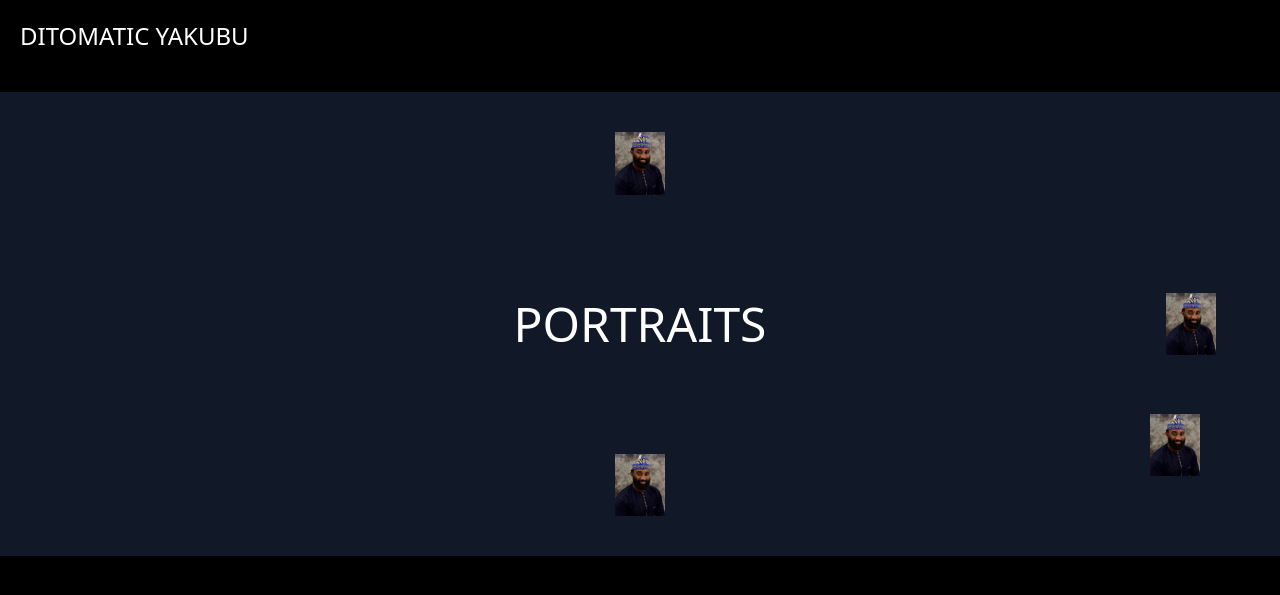
Repository: latenightsnacc/Ditomatic-Demo
Page: home.html
These files come from the project's save history. The page is drawn as it stood at one moment and after the next save; the edit follows.
The browser window is 1280 px wide. The pictures show the whole page.
Some web libraries are served in a nearby version.

Above is the page before, as saved 2021-02-24 11:29:51.

### home.html
<!DOCTYPE html>
<html lang="en" class="bg-black">
<head>
    <meta charset="UTF-8">
    <meta name="viewport" content="width=device-width, initial-scale=1.0">
    <!--Tailwind 2.0.2-->
    <link href="https://cdnjs.cloudflare.com/ajax/libs/tailwindcss/2.0.2/tailwind.min.css" rel="stylesheet">
    <!--Font Awesome 5.15.1-->
    <link rel="stylesheet" href="https://cdnjs.cloudflare.com/ajax/libs/font-awesome/5.15.1/css/all.min.css" integrity="sha512-+4zCK9k+qNFUR5X+cKL9EIR+ZOhtIloNl9GIKS57V1MyNsYpYcUrUeQc9vNfzsWfV28IaLL3i96P9sdNyeRssA==" crossorigin="anonymous" />
    <!-- Bootstrap 5.0.0 Beta-->
    <!-- <link href="https://cdn.jsdelivr.net/npm/bootstrap@5.0.0-beta1/dist/css/bootstrap.min.css" rel="stylesheet" integrity="sha384-giJF6kkoqNQ00vy+HMDP7azOuL0xtbfIcaT9wjKHr8RbDVddVHyTfAAsrekwKmP1" crossorigin="anonymous" /> -->
    <!--Page Title-->
    <title>Ditomatic Fotografy</title>
</head>
<body>
    <!--Header-->
    <header>
        <nav class="container-sm p-5 shadow-2xl flex flex-row justify-between">
            <a href="home.html" class="text-white uppercase text-2xl">Ditomatic Yakubu</a>
            <ul></ul>
        </nav>
    </header>
    <!--End of Header-->
    <div class="my-5"></div>
    <section class="bg-gray-900 shadow-2xl py-10">
        <div class="container relative">
            <div class="flex justify-center items-center h-96 group">
                <h2 class="text-white uppercase text-underline text-center text-5xl group-hover:font-black">portraits</h2>
                <div class="absolute center-0 top-0">
                    <img src="images/malePortrait.jpg" width="50px">
                </div>
                <div class="absolute right-16 top-50">
                    <img src="images/malePortrait.jpg" width="50px">
                </div>
                <div class="absolute right-20 bottom-10">
                    <img src="images/malePortrait.jpg" width="50px">
                </div>
                <div class="absolute center-0 bottom-0">
                    <img src="images/malePortrait.jpg" width="50px">
                </div>

            </div>
        </div>
    </section>
</body>
</html>

After the next save:
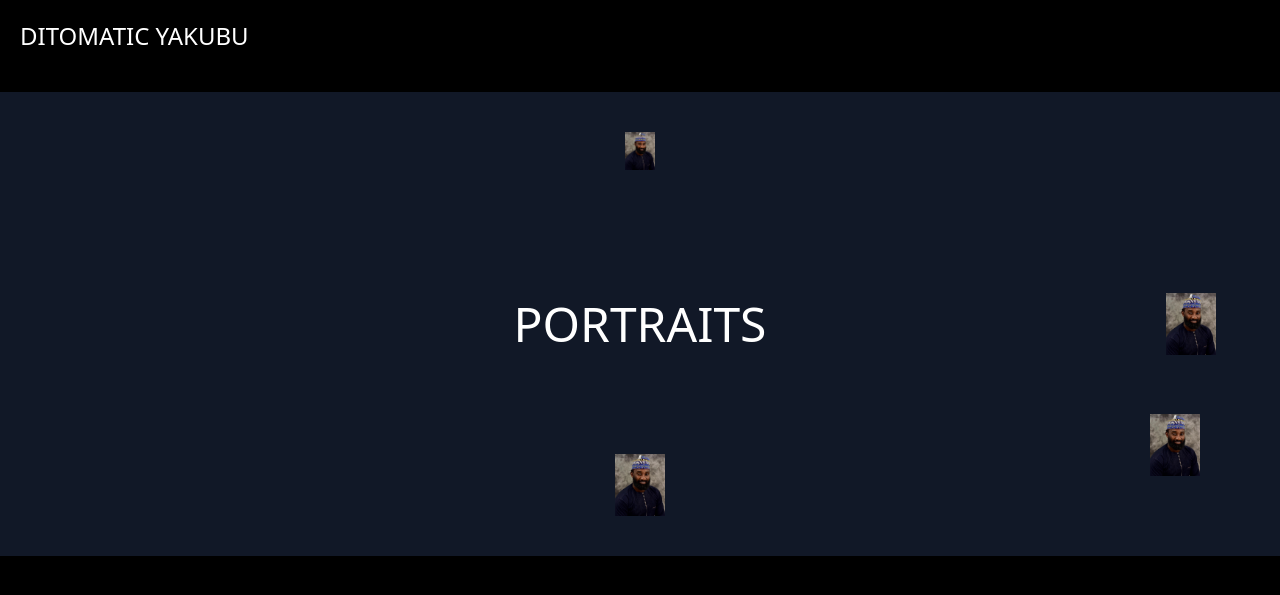
Saved 27 s later.
--- a/home.html
+++ b/home.html
@@ -27,7 +27,7 @@
             <div class="flex justify-center items-center h-96 group">
                 <h2 class="text-white uppercase text-underline text-center text-5xl group-hover:font-black">portraits</h2>
                 <div class="absolute center-0 top-0">
-                    <img src="images/malePortrait.jpg" width="50px">
+                    <img src="images/malePortrait.jpg" width="30px">
                 </div>
                 <div class="absolute right-16 top-50">
                     <img src="images/malePortrait.jpg" width="50px">
